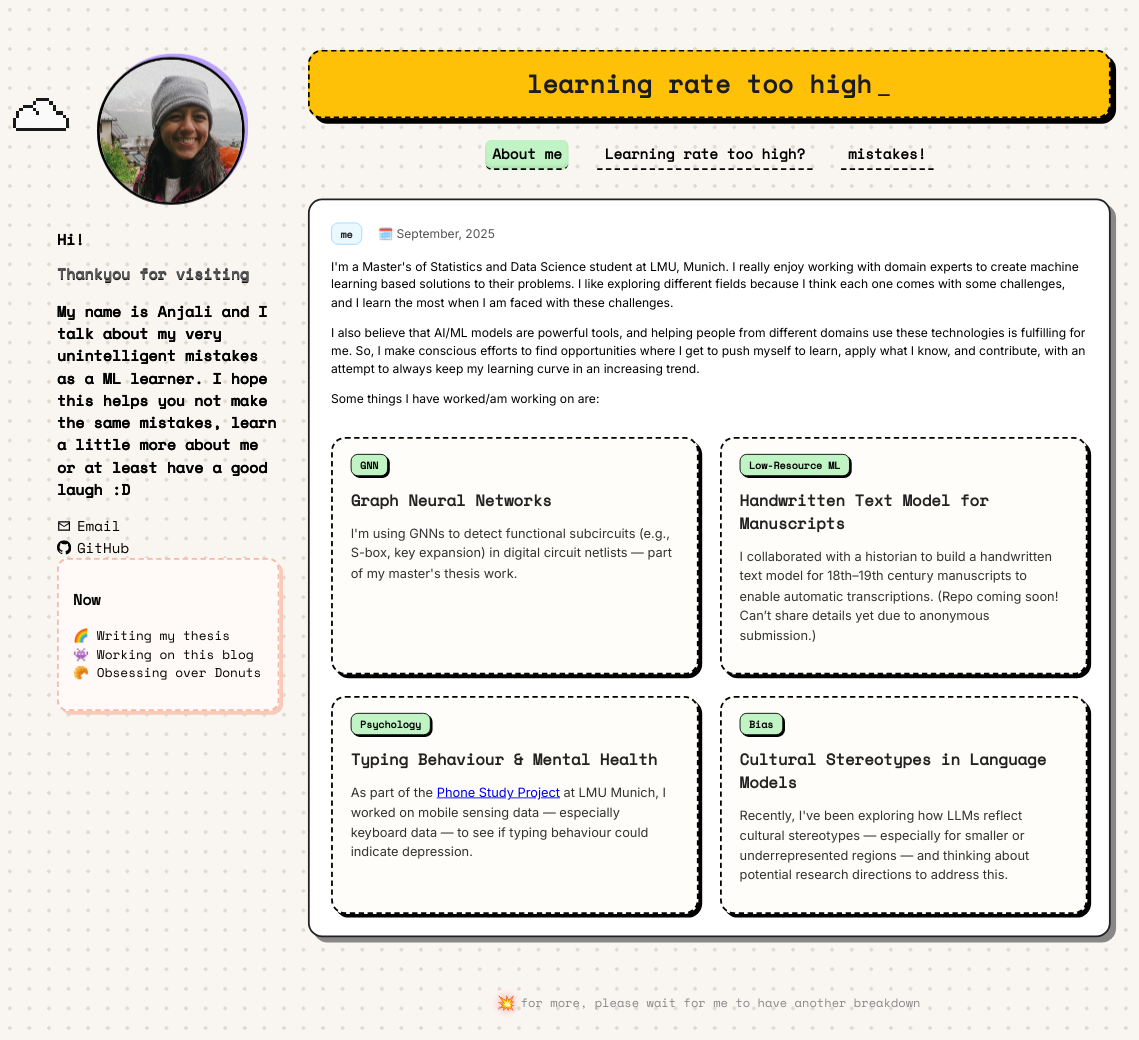
Repository: anjalisarawgi/learning_rate_too_high
Page: index.html
The author's editor kept a copy of each file at every save. The page is drawn from the files as they stood at one save, then again after the next save.
The browser window is 1280 px wide. The pictures show the whole page, at 89% of full size.

Above is the page before, as saved 2025-11-03 18:18:58.

After the next save:
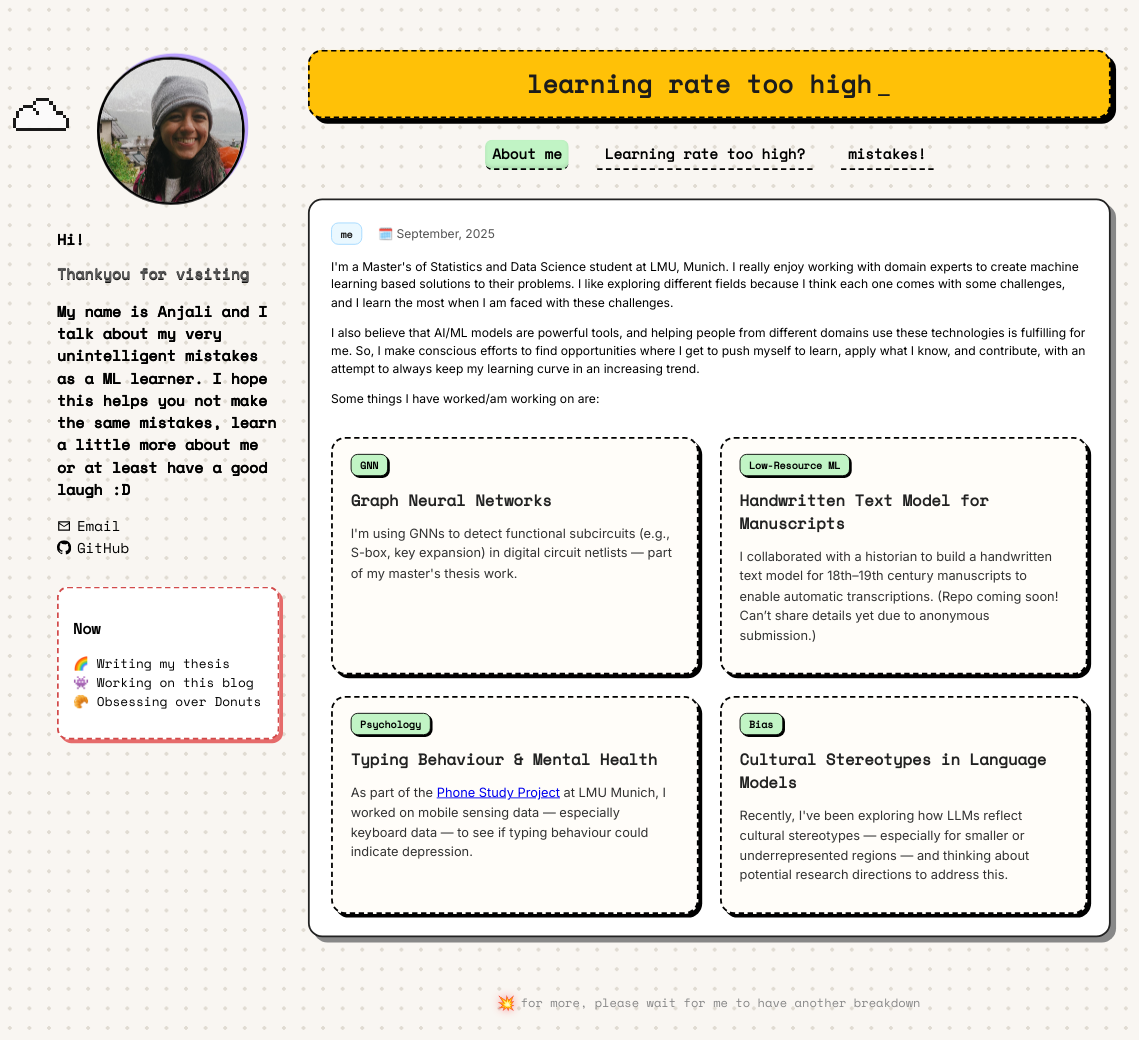
Saved 7 s later.
--- a/index.html
+++ b/index.html
@@ -129,14 +129,15 @@ nav a.active {
     }
 
     .now-block {
-  background: #fffaf7;
-  border: 2px dashed #f6b9a7;
-  box-shadow: 4px 4px 0 #f9c9b9;
-  border-radius: 0.75rem;
-  padding: 1rem;
-  font-size: 0.9rem;
-  color: #000;
-}
+      background: #fff ;
+      font-size: 0.9rem;
+      padding: 1rem;
+      border-radius: 0.75rem;
+      margin-top: 2rem;
+      box-shadow: 4px 4px 0 #E66B6B; /* balanced warm red shadow */
+  border: 2px dashed #D24B4B;   /* slightly deeper coral border */
+      color: #000;
+    }
     footer {
       text-align: center;
       margin-top: 4rem;
